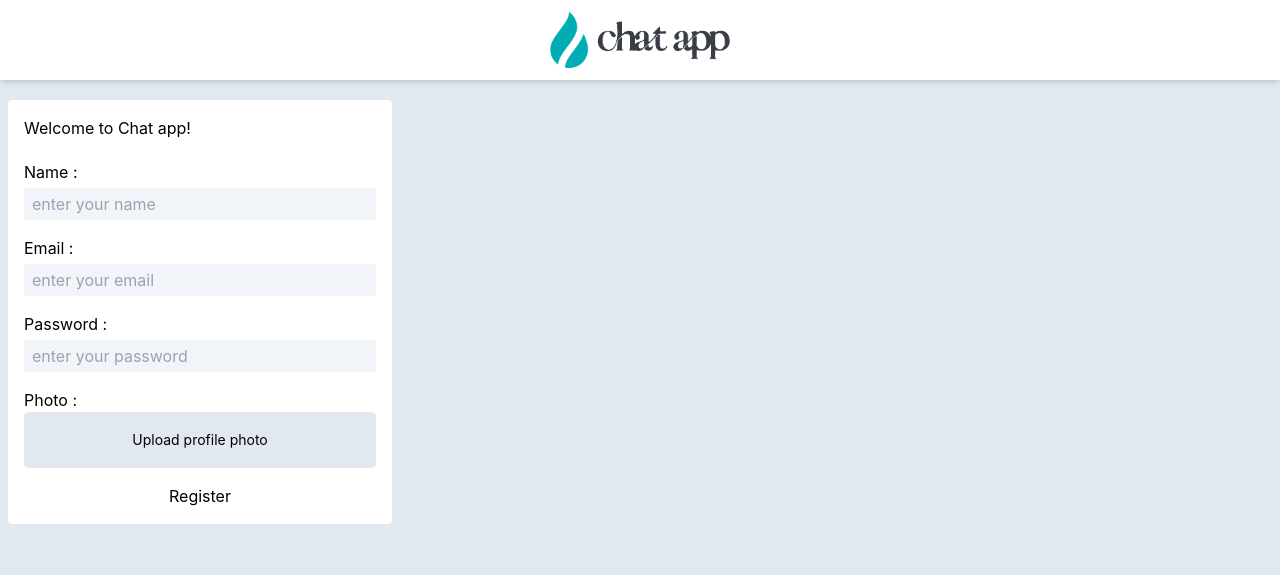
Repository: TharsikanV/chat-app
Page: /register (app in client/)
An editor plug-in stored every save of this project. The page is shown before and after a run of saves, followed by the edit.
The browser window is 1280 px wide. The pictures show the whole page.
The project was rebuilt for these pictures with package versions that can differ from the ones it lists, and the page was loaded fresh each time. Also part of the build but not shown: client/src/App.css, client/src/pages/Home.js, client/src/components/MessagePage.js. Imported but missing from the stored project, and not drawn on this page: client/src/pages/CheckEmailPage, client/src/pages/CheckPasswordPage.

Above is the page before, as saved 2024-06-16 21:07:09.

### client/src/index.js
import React from 'react';
import ReactDOM from 'react-dom/client';
import './index.css';
import App from './App';
import reportWebVitals from './reportWebVitals';
import { RouterProvider } from 'react-router-dom';
import router from './routes';

const root = ReactDOM.createRoot(document.getElementById('root'));
root.render(
  <React.StrictMode>
    <RouterProvider router={router}>
      <App />
    </RouterProvider>
  </React.StrictMode>
);

// If you want to start measuring performance in your app, pass a function
// to log results (for example: reportWebVitals(console.log))
// or send to an analytics endpoint. Learn more: https://bit.ly/CRA-vitals
reportWebVitals();

### client/src/index.css
@tailwind base;
@tailwind components;
@tailwind utilities;
body {
  margin: 0;
  font-family: -apple-system, BlinkMacSystemFont, 'Segoe UI', 'Roboto', 'Oxygen',
    'Ubuntu', 'Cantarell', 'Fira Sans', 'Droid Sans', 'Helvetica Neue',
    sans-serif;
  -webkit-font-smoothing: antialiased;
  -moz-osx-font-smoothing: grayscale;
  @apply bg-slate-200
}

code {
  font-family: source-code-pro, Menlo, Monaco, Consolas, 'Courier New',
    monospace;
}

### client/src/App.js
import { Outlet } from 'react-router-dom';
import './App.css';

function App() {
  return (
   <main>
    <Outlet/>
   </main>
  );
}

export default App;

### client/src/routes/index.js
import { createBrowserRouter } from "react-router-dom";
import App from "../App";
import RegisterPage from "../pages/RegisterPage";
import CheckEmailPage from "../pages/CheckEmailPage";
import CheckPasswordPage from "../pages/CheckPasswordPage";
import Home from "../pages/Home";
import MessagePage from "../components/MessagePage";
import AuthLayouts from "../layout";

const router=createBrowserRouter([
    {
        path:"/",
        element:<App/>,
        children:[
            {
                path:"register",
                element:<AuthLayouts><RegisterPage/></AuthLayouts>
            },
            {
                path:'email',
                element:<AuthLayouts><CheckEmailPage/></AuthLayouts>
            },
            {
                path:'password',
                element:<AuthLayouts><CheckPasswordPage/></AuthLayouts>
            },
            {
                path:"",
                element:<Home/>,
                children:[
                    {
                        path:':userId',
                        element:<MessagePage/>
                    }
                ]
            }
        ]
    }
])


export default router

### client/src/pages/RegisterPage.js
import React, { useState } from 'react'
import { IoClose } from "react-icons/io5";

const RegisterPage = () => {
  const [data,setData] = useState({
    name : "",
    email : "",
    password : "",
    profile_pic : ""
  })
  const [uploadPhoto,setUploadPhoto] = useState("")
  const handleOnChange = (e)=>{
    const { name, value} = e.target

    setData((preve)=>{
      return{
          ...preve,
          [name] : value
      }
    })
  }

  const handleUploadPhoto=(e)=>{
    const file=e.target.files[0]

    setUploadPhoto(file)
  }

  const handleClearUploadPhoto=(e)=>{
    e.stopPropagation()
    e.preventDefault()
    setUploadPhoto(null)
  }

  const handleSubmit=(e)=>{
    e.preventDefault()
    e.stopPropagation()
  }

  return (
    <div className='mt-5'>
      <div className='bg-white w-full max-w-sm  rounded overflow-hidden p-4 mx-2'>
        <h3>Welcome to Chat app!</h3>
        <form className='grid gap-4 mt-5' onSubmit={handleSubmit}>
        <div  className='flex flex-col gap-1'>
          <label htmlFor='name'>Name :</label>
          <input
            type='text'
            id='name'
            name='name'
            placeholder='enter your name'
            className='bg-slate-100 px-2 py-1 focus:outline-primary'
            value={data.name}
            onChange={handleOnChange}
            required
          />
        </div>
        <div className='flex flex-col gap-1'>
                <label htmlFor='email'>Email :</label>
                <input
                  type='email'
                  id='email'
                  name='email'
                  placeholder='enter your email'
                  className='bg-slate-100 px-2 py-1 focus:outline-primary'
                  value={data.email}
                  onChange={handleOnChange}
                  required
                />
              </div>

              <div className='flex flex-col gap-1'>
                <label htmlFor='password'>Password :</label>
                <input
                  type='password'
                  id='password'
                  name='password'
                  placeholder='enter your password'
                  className='bg-slate-100 px-2 py-1 focus:outline-primary'
                  value={data.password}
                  onChange={handleOnChange}
                  required
                />
              </div>
              <div className='flex flex-col gap-1'>
                <label htmlFor='profile_pic'>Photo :
                <div className='h-14 bg-slate-200 flex justify-center items-center rounded border hover:border-primary cursor-pointer'>
                  <p className='text-sm max-w-[300px] text-ellipsis line-clamp-1'>
                    {
                      uploadPhoto?.name ? uploadPhoto?.name : "Upload profile photo"
                    }
                  </p>
                  {
                    uploadPhoto?.name && (
                      <button className='text-lg ml-2 hover:text-red-600' onClick={handleClearUploadPhoto}>
                        <IoClose/>
                      </button>
                    )
                  }

                </div>
                </label>

                <input
                  type='file'
                  id='profile_pic'
                  name='profile_pic'
                  className='bg-slate-100 px-2 py-1 focus:outline-primary hidden'
                  onChange={handleUploadPhoto}
                />
              </div>

              <button className='bg-pri'>
                  Register
              </button>
      </form>
      </div>

    </div>
  )
}

export default RegisterPage

### client/src/layout/index.js
import React from 'react'
import logo from '../assets/logo.png'

const AuthLayouts = ({children}) => {
  return (
    <>
        <header className='flex justify-center items-center py-3 h-20 shadow-md bg-white'>
            <img
              src={logo}
              alt='logo'
              width={180}
              height={60}
            />
        </header>
        { children }
    </>
  )
}

export default AuthLayouts

### client/tailwind.config.js
/** @type {import('tailwindcss').Config} */
module.exports = {
  content: [
    "./src/**/*.{js,jsx,ts,tsx}",
  ],
  theme: {
    extend: {
      colors:{
        primary:"#00acb4"
      }
    },
  },
  plugins: [],
}

Loaded but not shown: client/public/index.html (common file); client/src/reportWebVitals.js (common file)

After the next 9 saves:
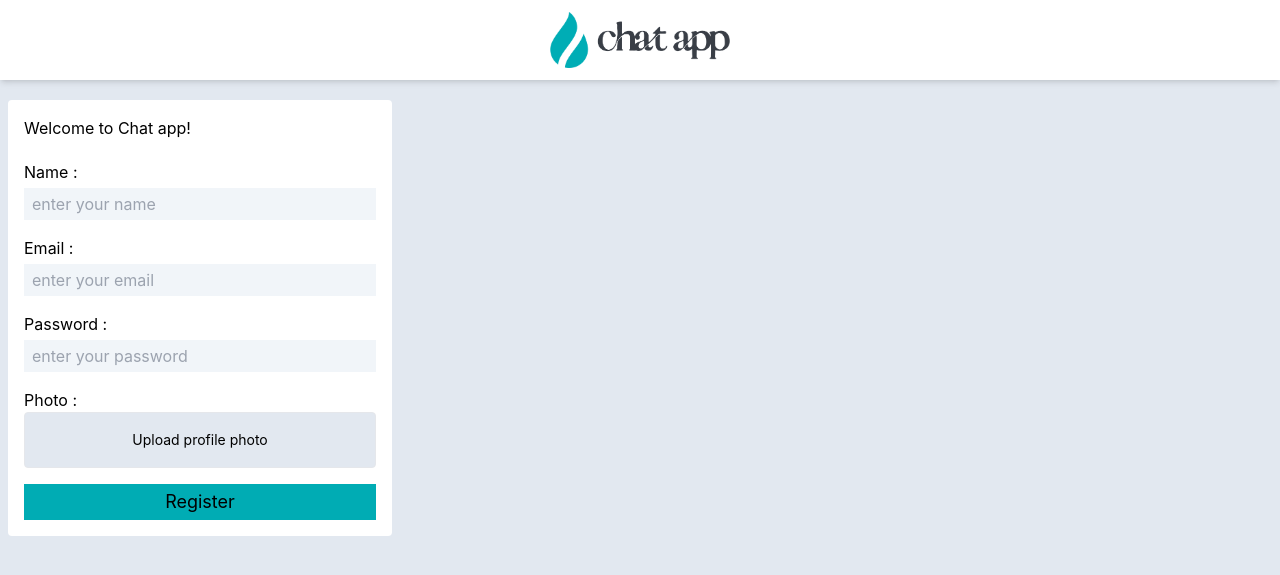
The 9 saves are shown as one change because they came seconds apart.
The last was saved 22 s later.
--- a/client/src/pages/RegisterPage.js
+++ b/client/src/pages/RegisterPage.js
@@ -110,7 +110,7 @@ const RegisterPage = () => {
                 />
               </div>
 
-              <button className='bg-pri'>
+              <button className='bg-primary text-lg px-4 py-1 hover:'>
                   Register
               </button>
       </form>
